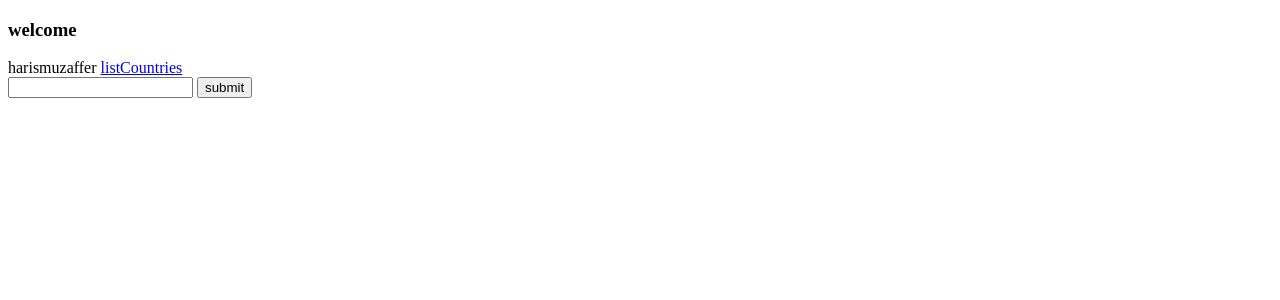
Repository: harismuzaffer/MyProjects
Page: http://localhost/IbmSpringMvc/
These files come from the project's save history. The page is drawn as it stood at one moment and after the next save; the edit follows.
The browser window is 1280 px wide. The pictures show the whole page.
The page is served by Tomcat 9.

Above is the page before, as saved 2016-12-29 03:46:36.

After the next save:
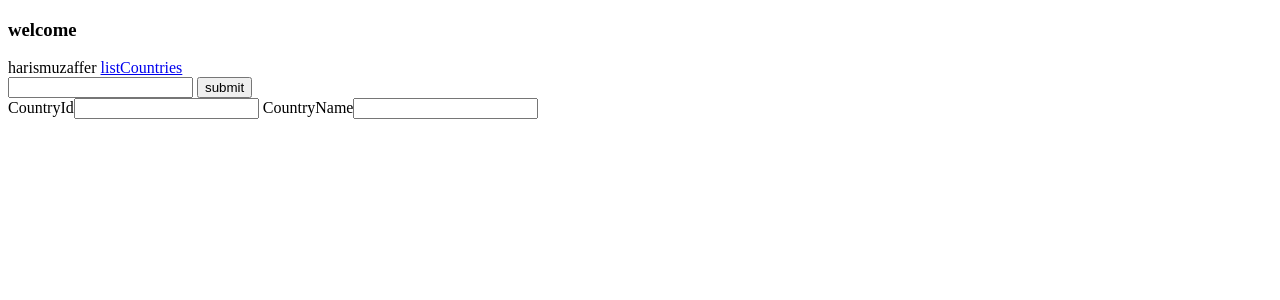
Saved 13 min 10 s later.
--- a/IbmSpringMvc/WebContent/WEB-INF/pages/index.jsp
+++ b/IbmSpringMvc/WebContent/WEB-INF/pages/index.jsp
@@ -19,5 +19,13 @@
 
 </form>
 
+
+<form action="insertCountry" method="post">
+
+	CountryId<input type="text" name="ctry.countryId">
+	CountryName<input type="text" name="CountryName">
+
+</form>
+
 </body>
 </html>
